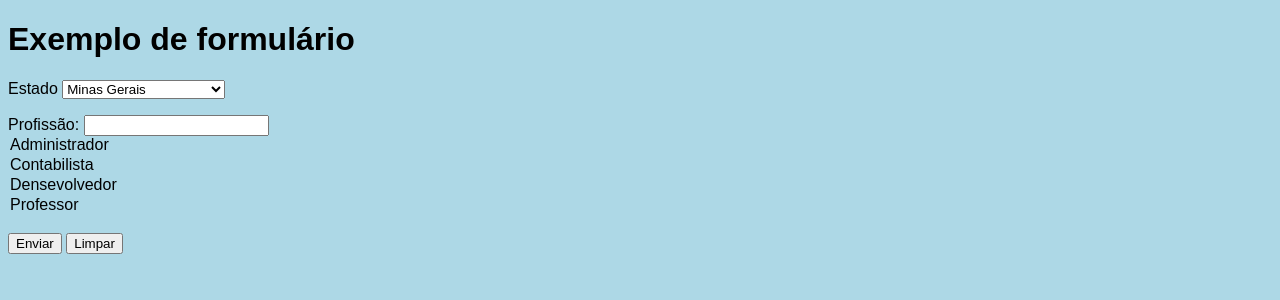
Repository: Codigo404q/html-css
Page: exercicios/ex025/form007.html
An editor plug-in stored every save of this project. The page is shown before and after the next save, followed by the edit.
The browser window is 1280 px wide. The pictures show the whole page.

Above is the page before, as saved 2024-01-30 22:38:26.

After the next save:
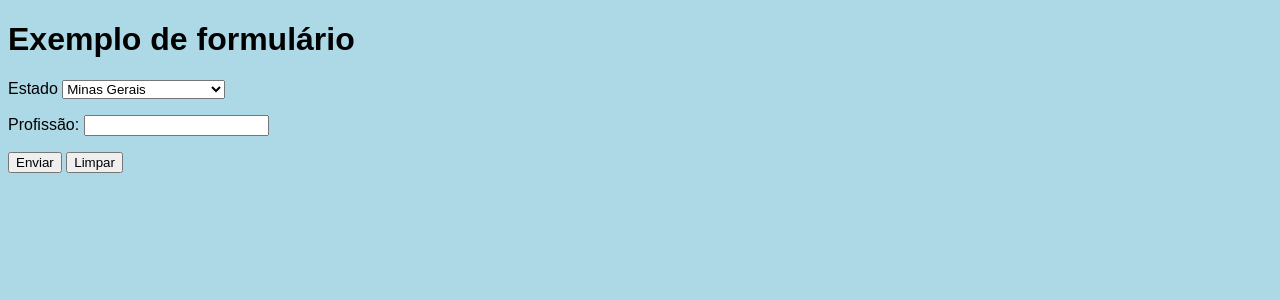
Saved 31 s later.
--- a/exercicios/ex025/form007.html
+++ b/exercicios/ex025/form007.html
@@ -35,10 +35,12 @@
         <p>
             <label for="iprof">Profissão: </label>
             <input type="text" name="prof" id="iprof">
-            <option value="ADM">Administrador</option>
-            <option value="CONT">Contabilista</option>
-            <option value="DEV">Densevolvedor</option>
-            <option value="PROF">Professor</option>
+            <datalist>
+                <option value="ADM">Administrador</option>
+                <option value="CONT">Contabilista</option>
+                <option value="DEV">Densevolvedor</option>
+                <option value="PROF">Professor</option>
+            </datalist>
 
         </p>
         <p>
